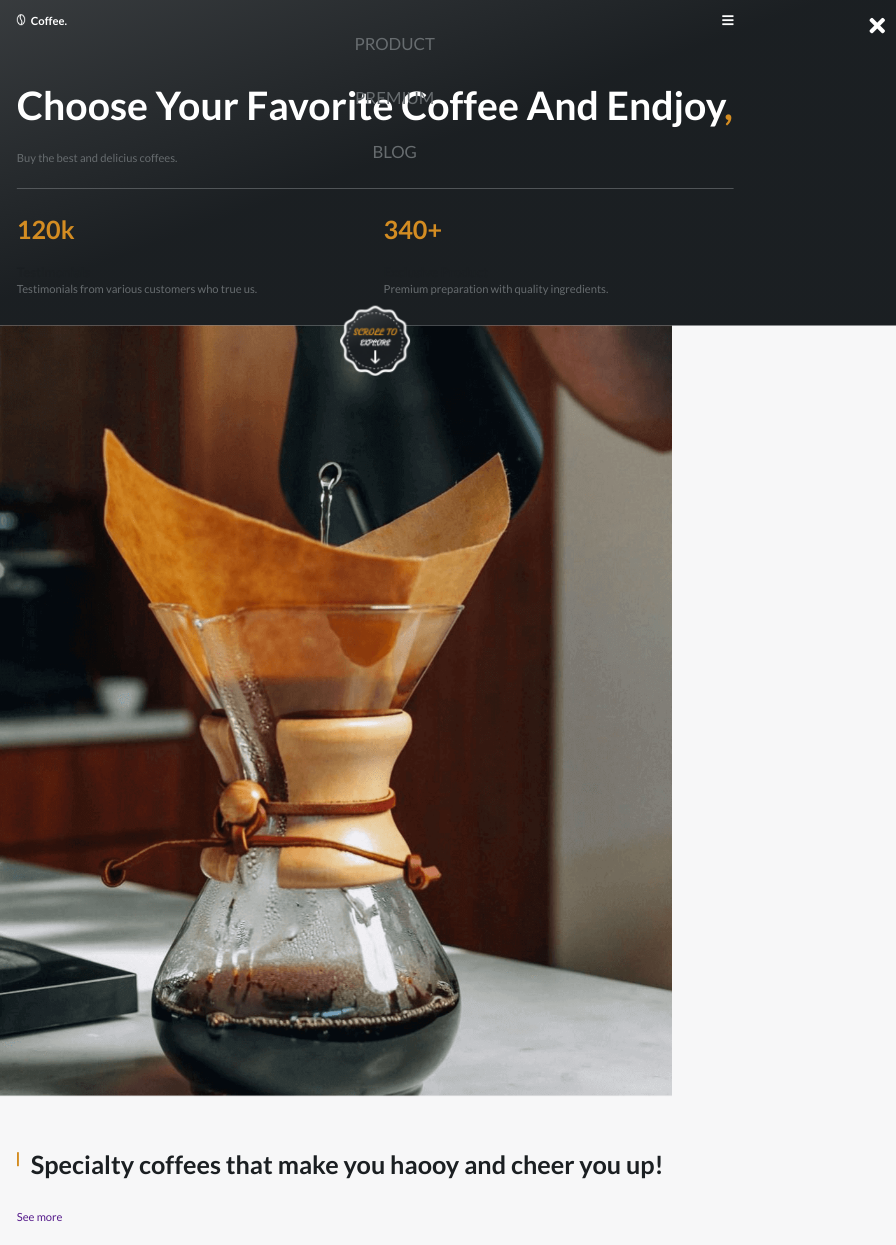
Repository: Nguyenductuan-dev/Website-coffee
Page: index.html
The author's editor kept a copy of each file at every save. The page is drawn from the files as they stood at one save, then again after the next save.
The browser window is 1280 px wide. The pictures show the part of the page from y = 0 to 1920 px (the page is 1779 px tall before and 3288 px after), at 70% of full size.

Above is the page before, as saved 2022-04-06 14:26:40.

### index.html
<!DOCTYPE html>
<html lang="en">
<head>
    <meta charset="UTF-8">
    <meta http-equiv="X-UA-Compatible" content="IE=edge">
    <meta name="viewport" content="width=device-width, initial-scale=1.0">
    <link rel="shortcut icon" href="assets/imgs/favicon.png" type="image/x-icon">
    <link rel="stylesheet" href="https://cdnjs.cloudflare.com/ajax/libs/font-awesome/5.15.1/css/all.min.css" />
    <link rel="preconnect" href="https://fonts.googleapis.com">
    <link rel="preconnect" href="https://fonts.gstatic.com" crossorigin>
    <link href="https://fonts.googleapis.com/css2?family=Lato:wght@400;700&family=Montserrat:ital,wght@0,200;0,300;0,400;0,500;0,600;0,700;1,600&display=swap" rel="stylesheet">
    <link rel="stylesheet" href="assets/css/style.css">
    <title>Website coffee</title>
</head>
<body>
    <!-- ============================ HEADER =========================== -->
    <header class="header" id="header">
        <nav class="nav container">
            <a href="/" class="nav__logo">
                <img src="assets/imgs/logo.png" alt="" class="nav__logo-img">
                Coffee.
            </a>

            <div class="nav__menu" id="nav-menu">
                <ul class="nav__list">
                    <li class="nav__item">
                        <a href="#home" class="nav__link">Home</a>
                    </li>
                    <li class="nav__item">
                        <a href="#product" class="nav__link">Product</a>
                    </li>
                    <li class="nav__item">
                        <a href="#premium" class="nav__link">Premium</a>
                    </li>
                    <li class="nav__item">
                        <a href="#blog" class="nav__link">Blog</a>
                    </li>
                </ul>

                <div class="nav__close" id="nav-close">
                    <i class="fas fa-times"></i>
                </div>
            </div>

            <!-- Toggle button -->
            <div class="nav__toggle" id="nav-toggle">
                <i class="fas fa-bars"></i>
            </div>
        </nav>
    </header>

    <!-- ============================ MAIN =============================  -->
    <main>
        <!-- ======================== HOME ============================= -->
        <section class="home grid" id="home">
            <div class="home__container">
                <div class="home__content container">
                    <h1 class="home__title">
                        Choose Your Favorite Coffee And Endjoy<span>,</span>
                    </h1>
                   <p class="home__description">
                       Buy the best and delicius coffees.
                   </p>

                   <div class="home__data">
                       <div class="home__data-group">
                           <h2 class="home__data-number">120k</h2>
                           <h3 class="home-data-title">Testimonials</h3>
                           <p class="home__data-description">
                               Testimonials from various customers who true us.
                           </p>
                       </div>

                       <div class="home__data-group">
                        <h2 class="home__data-number">340+</h2>
                        <h3 class="home-data-title">Exclusive Product</h3>
                        <p class="home__data-description">
                            Premium preparation with quality ingredients.
                        </p>
                    </div>
                   </div>

                   <a href="#specialty">
                       <img src="assets/imgs/scroll.png" alt="" class="home__scroll">
                   </a>
                </div>
            </div>

            <img src="assets/imgs/home.png" alt="" class="home__img">
        </section>

        <!-- ======================== SPECIALTY ============================= -->
        <div class="specialty section container" id="specialty">
            <div class="specialty__container">
                <div class="specialty__box">
                    <h2 class="section__title">
                        Specialty coffees that make you haooy and cheer you up!
                    </h2>

                    <div>
                        <a href="" class="button specialty__btn">See more</a>
                    </div>
                </div>
            </div>
        </div>
    </main>



    <script src="assets/js/main.js"></script>
</body>
</html>

### assets/css/style.css
:root {
    --header-height: 3.5rem;
    /* ===============Color=============== */
    --first-color: hsl(36, 72%, 48%);
    --first-color-alt: hsl(36, 72%, 44%);
    --black-color: hsl(206, 12%, 12%);
    --card-color: hsl(0, 0%, 90%);
    --tittle-color: hsl(206, 12%, 12%);
    --text-color: hsl(206, 4%, 42%);
    --tittle-color-light: hsl(206, 4%, 75%);
    --body-color: hsl(206, 4%, 97%);
    --container-color: #fff;

    /* ==============Font=============== */
    --body-font: 'Lato', sans-serif;
    --biggest-font-size: 2.25rem;
    --h1-font-size: 1.5rem;
    --h2-font-size: 1.25rem;
    --h3-font-size: 1rem;
    --normal-font-size: .938rem;
    --small-font-size: .813rem;
    --smaller-font-size: .75rem;

    /* ==============Font weidth========= */
    --font-bold: 700;

    /* ==============Z-index============= */
    --z-tooltip: 10;
    --z-fixed: 100;
}

@media screen and (min-width: 968px){
    :root {
        --biggest-font-size: 3.5rem;
        --h1-font-size: 2.25rem;
        --h2-font-size: 1.5rem;
        --h3-font-size: 1.25rem;
        --normal-font-size: 1rem;
        --small-font-size: .875rem;
        --smaller-font-size: .813rem;
    }
}

/* =================BASE================== */
* {
    padding: 0;
    margin: 0;
    box-sizing: border-box;
}

html {
    scroll-behavior: smooth;
}

body {
    font-family: var(--body-font);
    font-size: var(--normal-font-size);
    background-color: var(--body-color);
    color: var(--text-color);
}

h1,h2,h3 {
    color: var(--tittle-color);
    font-weight: var(--font-bold);
}

h1,h2,h3,p {
    line-height: 140%;
}

ul {
    list-style: none;

}
a {
    text-decoration: none;
}
img {
    max-width: 100%;
    height: auto;
}
button {
    border: none;
    outline: none;
    cursor: pointer;
}

.container {
    max-width: 1024px;
    margin-left: 1.5rem;
    margin-right: 1.5rem;
}
.grid {
    display: grid;
    gap: 1.5rem;
}
.section {
    padding: 4.5rem 0 2rem;
}
.section__title {
    position: relative;
    font-size: var(--h1-font-size);
    padding-left: 1.25rem;
    margin-bottom: 2.5rem;
}
.section__title::before {
    content: '';
    position: absolute;
    top: 8px;
    left: 0;
    width: 3px;
    height: 20px;
    background-color: var(--first-color);
}
/* ====================== HEADER & NAV ====================*/
.header {
    width: 100%;
    background: transparent;
    position: fixed;
    top: 0;
    left: 0;
    z-index: var(--z-fixed);
}
.nav {
    height: var(--header-height);
    display: flex;
    justify-content: space-between;
    align-items: center;
}
.nav__logo,
.nav__toggle {
    color: #fff;
}
.nav__logo {
    display: flex;
    align-items: center;
    column-gap: .5rem;
    font-weight: var(--font-bold);
}
.nav__logo-img {
    width: .75rem;
}
.nav__toggle {
    display: inline-flex;
    font-size: 1.15rem;
    cursor: pointer;
}

@media screen and (max-width: 767px) {
    .nav__menu {
        position: fixed;
        background-color: var(--black-color);
        top: 0;
        right: -100%;
        width: 100%;
        height: 100%;
        transition: .3s;
    }
}

.nav__list {
    display: flex;
    flex-direction: column;
    text-align: center;
    row-gap: 3rem;
    padding-top: 9rem;
}
.nav__link {
    text-transform: uppercase;
    color: var(--text-color-light);
    font-size: var(--h2-font-size);
    transition: .3s;
}
.nav__link:hover {
    color: #fff;
}
.nav__close {
    font-size: 2rem;
    color: #fff;
    position: absolute;
    top: 1rem;
    right: 1rem;
    cursor: pointer;
}

/* =========== Show menu ============ */
.show-menu {
    right: 0;

}
/* =========== SCROLL ========== */
.scroll-header {
    background-color: var(--body-color);
    box-shadow: 0 1px 4px hsla(0, 4%, 15%, .1);
}
.scroll-header .nav__logo,
.scroll-header .nav__toggle {
    color: var(--tittle-color);
}
.scroll-header .nav__logo-img {
    mix-blend-mode: difference;
}

/* =========== HOME ============ */
.home {
    gap: 0;
}
.home__container {
    padding: 7rem 0 2.5rem;
    background: linear-gradient(160deg, hsla(206, 5%, 24%, 1) -4%, hsla(206, 12%, 12%, 1) 46%);
}
.home__content {
    position: relative;
}
.home__title,
.home__data-title {
    color: #fff;
}
.home__title {
    font-size: var(--biggest-font-size);
    margin-bottom: 1.5rem;
}
.home__title span {
    color: var(--first-color);
}
.home__description {
    margin-bottom: 2rem;
}
.home__data {
    border-top: 1px solid var(--text-color);
    padding-top: 2rem;
    display: grid;
    grid-template-columns: repeat(2, 1fr);
    column-gap: 1.5rem;
}
.home__data-number {
    color: var(--first-color);
    font-size: var(--h1-font-size);
    margin-bottom: 1.5rem;
}
.home__data-title {
    font-size: var(--h3-font-size);
    margin-bottom: .5rem;
}
.home__scroll {
    position: absolute;
    width: 100px;
    bottom: -7rem;
    left: 0;
    right: 0;
    margin: 0 auto;
    animation: scroll 3s infinite;
}

@keyframes scroll {
    0% {
        transform: translateY(0);
    }
    50% {
        transform: translateY(-.5rem);
    }
    100% {
        transform: translateY(0);
    }
}

### assets/js/main.js


/* ===================== SHOW MENU ========================= */
const navMenu = document.getElementById('nav-menu');
const navToggle = document.getElementById('nav-toggle');
const navClose = document.getElementById('nav-close');

/* ==================== MENU SHOW ==========================*/
if(navToggle) {
    navToggle.addEventListener('click', () => {
        navMenu.classList.add('show-menu');
    })
}
/* ==================== MENU HIDEN ==========================*/

if(navClose) {
    navClose.addEventListener('click', () =>{
        navMenu.classList.remove('show-menu');
    })
}
/* ===================== REMOVE MENU MOBILE ========================= */
const navLink = document.querySelectorAll('.nav__link');
function linkAction() {
    const navMenu = document.getElementById('nav-menu');
    navMenu.classList.remove('show-menu');

}
navLink.forEach( n => n.addEventListener('click', linkAction));

/* ===================== SCROLL ========================= */
function scrollheader() {
    const header = document.getElementById('header');
    if(this.scrollY >=50) header.classList.add('scroll-header');
    else header.classList.remove('scroll-header');
}
window.addEventListener('scroll', scrollheader);

After the next save:
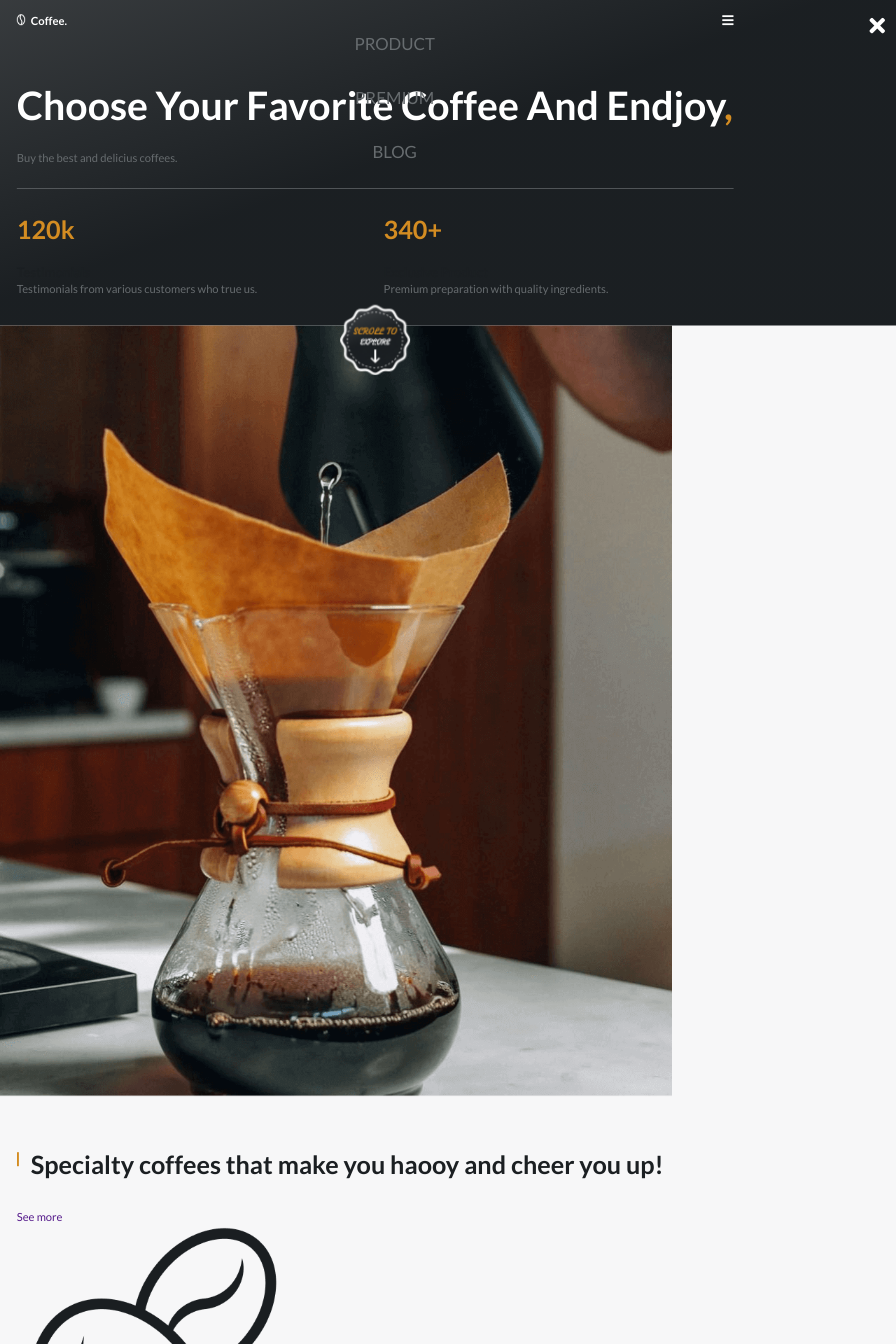
Saved 6 min 56 s later.
--- a/index.html
+++ b/index.html
@@ -101,6 +101,32 @@
                         <a href="" class="button specialty__btn">See more</a>
                     </div>
                 </div>
+
+                <div class="specialty__catelogy">
+                    <div class="speialty__group">
+                        <img src="assets/imgs/specialty1.png" alt="" class="specialty__img">
+                        <h3 class="specialty__title"></h3>
+                        <p class="specialty__description">
+
+                        </p>
+                    </div>
+
+                    <div class="speialty__group">
+                        <img src="assets/imgs/specialty1.png" alt="" class="specialty__img">
+                        <h3 class="specialty__title"></h3>
+                        <p class="specialty__description">
+
+                        </p>
+                    </div>
+
+                    <div class="speialty__group">
+                        <img src="assets/imgs/specialty1.png" alt="" class="specialty__img">
+                        <h3 class="specialty__title"></h3>
+                        <p class="specialty__description">
+
+                        </p>
+                    </div>
+                </div>
             </div>
         </div>
     </main>
